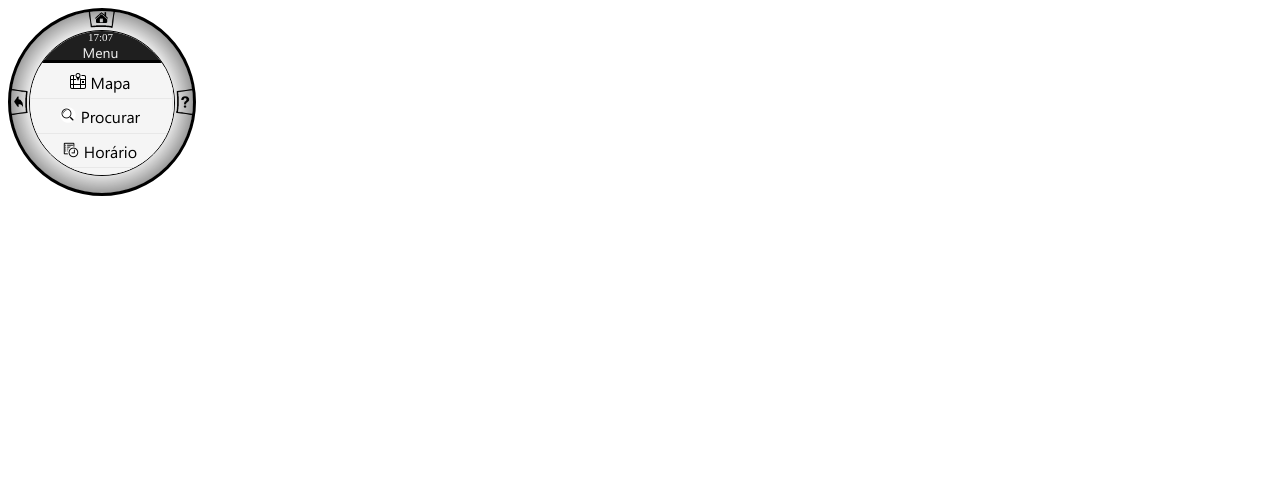
Repository: ric20007/ric20007.github.io
Page: iRave.html
The author's editor kept a record of every edit. The page is drawn from the files as they stood at one moment, then again after the next edit.
The browser window is 1280 px wide. The pictures show the whole page.

Above is the page before.

### iRave.html
<!DOCTYPE html>
<html>
    <head>
        <title>IPM14/15 - iRAVE grupo 56</title>
        <meta charset="UTF-8">
        <link rel="stylesheet" href="iRave.css" type="text/css" />
        <!--<script src="jquery-1.11.2.js" ></script> -->
        <!--<script src="//code.jquery.com/jquery-1.11.2.min.js"></script> -->
        <script src="jquery.min.js"></script>
        <script src="jquery-migrate-1.2.1.min.js"></script>
        <script src="jquery-ui.js"></script>



        <script src='swipe.js'></script>

        <script src='iRave.js'></script>

    </head>
    <body>
         <!--
        <div style='text-align:center;padding-top:20px;'>

            <button onclick='prev()'>prev</button>
            <button onclick='next()'>next</button>

        </div>


       <a href="#" id="activities">Activities</a>
       <a href="#"  onclick="mySwipe.next();return false;" >Esconder Fotos</a> -->



        <div id='botoes'>

            <div id='moldura'>


                <div id='barra_horas'>
                    <div id='horas'>
                        <div id='display_horas'></div>
                    </div>


                    <div id='titulo_menu' style='font-size: 14px'>
                        Menu
                    </div>


                </div>

                <div id='body'>

                    <div id='slider' style='max-width:500px;margin:0 auto' class='swipe'>
                    <div class='swipe-wrap'>


                        <div id='menu' class="draggable ui-widget-content">

                            <div class='menu_entrada' style='padding-top: 12px'>
                                <img src="img/map-2.png" class="imgEntrada">
                                Mapa
                            </div>
                            <div class='menu_entrada'>
                                <img src="img/active-search.png" class="imgEntrada" >
                                Procurar
                            </div>

                            <div class='menu_entrada'>
                                <img src="img/Agenda.png" class="imgEntrada">
                                Horário
                            </div>

                            <a href="#"  onclick="next();return false;" >
                            <div class='menu_entrada'>

                                <img src="img/user1.png" class="imgEntrada">
                                 Perfil
                            </div> </a>

                            <div class='menu_entrada'>
                                <img src="img/hands-free.png" class="imgEntrada">
                                Mãos Livres
                            </div>
                        </div>


                        <div id='menu' class="draggable ui-widget-content">

                            <a href="#"  onclick=goToSix();return false;" >
                                <div class='perfil_entrada' style='padding-top: 12px'>
                                    <img src="img/multy-user.png" class="imgEntrada" align="center" >
                                    Lista de Amigos
                                </div>
                             </a>

                            <a href="#"  onclick="next();return false;" >
                                <div class='perfil_entrada'>
                                    <img src="img/add-user.png" class="imgEntrada" align="center" >
                                    Adicionar Amigo
                                </div>
                            </a>

                            <div class='perfil_entrada'>
                                <img src="img/Agenda.png" class="imgEntrada" align="center">
                                Histórico de Transações
                            </div>


                            <div class='perfil_entrada'>

                                <img src="img/euro_1.png" class="imgEntrada" align="center">
                                 Adicionar Saldo
                            </div>

                        </div>


                        <div class='text_add_amigos'>
                                Toque no iRave na mão do seu amigo.
                          </div>

                        <div class='joao_add_amigos'>
                                João detectado.
                                <p>Quer adicioná-lo ?</p>

                                <a href="#"  onclick="adicionarJoao();next();return false;" >

                                    <img src="img/check.png" class="imgEntrada">
                                     Sim
                                </a>


                                <a href="#"  onclick="prev();return false;" >

                                    <img src="img/cross.png" class="imgEntrada">
                                     Não
                                </a>
                          </div>


                          <div class='joao_add_amigos'>
                                O João foi adicionado com sucesso.
                               <p></p>
                                <a href="#"  onclick=" mySwipe.slide(1, 300);return false;" >

                                    <img src="img/user1.png" class="imgEntrada">
                                     OK
                                </a>


                          </div>






                        <div>

                            <div id='lista_joao'> </div>


                            <div class='joao_add_amigos' style="left:-5px;position: relative;  bottom: 0; ">
                                Adicionar amigos ?
                                <a href="#"  onclick=" goToSlide(2);return false;" >

                                    <img src="img/user1.png" class="imgEntrada">
                                     OK
                                </a>


                            </div>



                        </div>

                        <div><b>5</b></div>
                        <div><b>6</b></div>
                        <div><b>7</b></div>

                      </div>
                    </div>





                </div>

            </div>

        </div>
    </body>
</html>

### iRave.css
.swipe {
  overflow: hidden;
  visibility: hidden;
  position: relative;
}
.swipe-wrap {
  overflow: hidden;
  position: relative;
}
.swipe-wrap > div {
  float:left;
  width:100%;
  position: relative;
}

.imgEntrada
{
	height:16px;
	width:16px;
}

.imgTitulo
{
	height:16px;
	width:16px;
	text-align: center;
	margin-top: -5px;
}


* {
    cursor: url(cursor.png), auto;
}

a {
    color: #000000;
    text-decoration: none;
}

#botoes {
    z-index:998;
    height: 1.9in;
    width: 1.9in;
    border: 3px solid black;
    border-radius: 50%;
    position: absolute;


    background-image: url("background_test.png");

    background-size: 1.9in 1.9in;
     /*
         top: 50%;
    left: 50%;
      background-color: #f5f5f5;
      background-repeat: no-repeat;
    background-position: middle top;


    */
}


/* centrar

 position: fixed;
    //padding: 2em;
    left: 50%;
    top: 50%;
    transform: translate(-50%, -50%);

*/


#bot_back {

    height: 50px;
    width: 25px;
    background-color:#d70;

    position: fixed;
    //padding: 2em;
    //left: 50%;
    top: 50%;
    transform: translate(0%, -50%);

    z-index:1000;

}
#bot_ajuda {

    height: 25px;
    width: 40px;
    background-color:#d70;

    position: fixed;
    //padding: 2em;
    left:50%;
    top: 50%;
    transform: translate(-50%, -400%);

    z-index:1000;

}
#bot_menu {

    height: 50px;
    width: 25px;
    background-color:#d70;

    position: fixed;
    //padding: 2em;
    left:50%;
    top: 50%;
    transform: translate(300%, -50%);

    z-index:1000;

}







#moldura {
    z-index:999;
    height:1.5in;
    width:1.5in;
    border: 1px solid black;
    border-radius: 50%;
    position: relative;
    top: 10.15%;
    left: 10.12%;
    overflow: hidden;
    background-color: #f5f5f5;
}

#barra_horas {
    z-index:998;
    border: 3px solid black;
    //width:1.5in;
    height:0.307in;
    position: relative;
    top:-3px;
    left:-2px;
    background-color: #1f1f1f;
    color: black;
}

#horas {
    position: relative;
    text-align: center;
    font-size:11px;
    color:#f5f5f5;
}

#titulo_menu {
  padding-top:2px;
    text-align: center;
    font-size:13px;
    font-family: 'khmerui';
    color:#f5f5f5;
}


#menu {
    margin-top: -5px;
    width: 1.6in;
    height: 10in;
}

#body {
    background-color: #f5f5f5;
}

.menu_entrada {
    text-align: center;
    border: 1px solid #e8e8e8;
    border-top: none;
    border-left: none;
    border-right: none;
    position: relative;
    width: 1.35in;
    height: 0.18in;
    padding: 8px;
    left: -3px;
    font-family: 'khmerui';
}

.perfil_entrada {
    text-align: center;
    border: 1px solid #e8e8e8;
    border-top: none;
    border-left: none;
    border-right: none;
    position: relative;
    width: 1.35in;
    height: 0.18in;
    padding: 8px;
    left: -3px;
    font-family: 'khmerui';

    font-size: 11px;

}


.highlighted {

    font-size: 14px;
    font-weight: bold;
    border-left: none;
    border-right: none;
    background-color:#ccc;
}

.text_add_amigos{
     text-align: center;

     font-size:15px;

      border-top: 1px solid #e8e8e8;
    border-left: 1px solid #e8e8e8;
    font-family: 'khmerui';

     padding-top:1.3em;


}




.joao_add_amigos{
     text-align: center;

     font-size:15px;

      border-top: 1px solid #e8e8e8;
    border-left: 1px solid #e8e8e8;
    font-family: 'khmerui';

     padding-top:0.5em;


}





#menu ul {
    font-size: 15px;
}

#menu ul li {
    border: 1px solid black;
    border-left: 10px;
    font-size: 15px;
}

@font-face {
  font-family: 'khmerui';
  src: url('KhmerUI.ttf') format('truetype');
}

### iRave.js
var isDragging = false;

$(document).ready(function() {

   var elem = document.getElementById('slider');
    window.mySwipe = new Swipe(elem, {});

    //$("#activities").click(function(){
    //    $("#body").load("activities.html");
    //    $('div img').draggable();
    //});


   //ajuda a nao clicar quando se faz drag
   $('.draggable').draggable({
        stop: function(event, ui) {
            $( event.toElement ).one('click', function(e){ e.stopImmediatePropagation(); } );
        }
    });

    $('.menu_entrada').click(function() {
        $(this).addClass('highlighted');
        setTimeout(function() {
              $('.menu_entrada').removeClass('highlighted');
          }, 200);
    });

    $('.perfil_entrada').click(function() {
        $(this).addClass('highlighted');

        setTimeout(function() {
              $('.perfil_entrada').removeClass('highlighted');
          }, 200);
    });

    $('.joao_add_amigos').click(function() {
        $(this).addClass('highlighted');

        setTimeout(function() {
              $('.joao_add_amigos').removeClass('highlighted');
          }, 200);
    });





    var menu_offset = $('#menu').offset();


    var altura_entrada_menu = $(".menu_entrada").height();

    //alert(altura_entrada_menu);

                                         //so funciona num ecra
    var menu_offset_top1 = menu_offset.top - (5.65 * altura_entrada_menu);

    var menu_offset_top2 = menu_offset.top;

    $('.draggable').draggable({axis: "y", containment: [0, menu_offset_top1, 0, menu_offset_top2]});

//funcao que mostra o tempo

    function checkTime(i) {
        return (i < 10) ? "0" + i : i;
    }

    function startTime() {
        var today = new Date(),
            h = checkTime(today.getHours()),
            m = checkTime(today.getMinutes()),
            s = checkTime(today.getSeconds());
        document.getElementById('horas').innerHTML = h + ":" + m;
        var t = setTimeout(function () {
            startTime();
        }, 500);
    }
    startTime();



});



var nome = ["Menu", "<img src='img/user1.png' class='imgTitulo' align='center'> Perfil",
            "<img src='img/add-user.png' class='imgEntrada' align='center' > Add. Amigos",
            "<img src='img/add-user.png' class='imgEntrada' align='center' > Add. Amigos",
            "<img src='img/add-user.png' class='imgEntrada' align='center' > Add. Amigos",
            "<img src='img/multy-user.png' class='imgEntrada' align='center' > Lista Amigos"];

var current_i = 0;
var previous_i = 0;

var joao_added = 0;
function mudarNome(i) {
        $("#titulo_menu").html(nome[i]);
}

function prev() {
    if (previous_i == -1){

        current_i = 1;
        mudarNome(current_i);
        mySwipe.slide(current_i, 300);

        previous_i = 0;
    }


    else if(current_i !== 0){
        current_i = current_i -1;
        mudarNome(current_i);
    mySwipe.prev();
    }

}

function next() {
    //if(!wasDragging){
       if(current_i < nome.length -1) {
           current_i = current_i +1;
           mudarNome(current_i);
         mySwipe.next();
       }
    //}
}

function goToSlide(i) {
    if(i >= 0 && i < nome.length -1 ){
        current_i = i;
         mudarNome(current_i);
    mySwipe.slide(i, 300);
    }

}

function goToSix() {
    current_i = 5;
    mudarNome(current_i);
    mySwipe.slide(current_i, 300);
    previous_i = -1;

    if (joao_added === 1)
        $("#lista_joao").html("<p style=\"text-align:center\" >João" );
    else
        $("#lista_joao").html("<p style=\"text-align:center\" >Não tem amigos" );



}


function adicionarJoao() {
    joao_added = 1;

}

function removerJoao() {
    joao_added = 0;

}




$(document).keydown(function(e){
    switch(e.keyCode) {
        case 40:
            break;
        case 38:
            goToSlide(0);
            break;
        case 39:
            next();
            break;
        case 37:
            prev();
            break;
    }
});

Loaded but not shown: jquery.min.js (library); jquery-migrate-1.2.1.min.js (library); jquery-ui.js (library); swipe.js (570 lines, source omitted)

After the next edit:
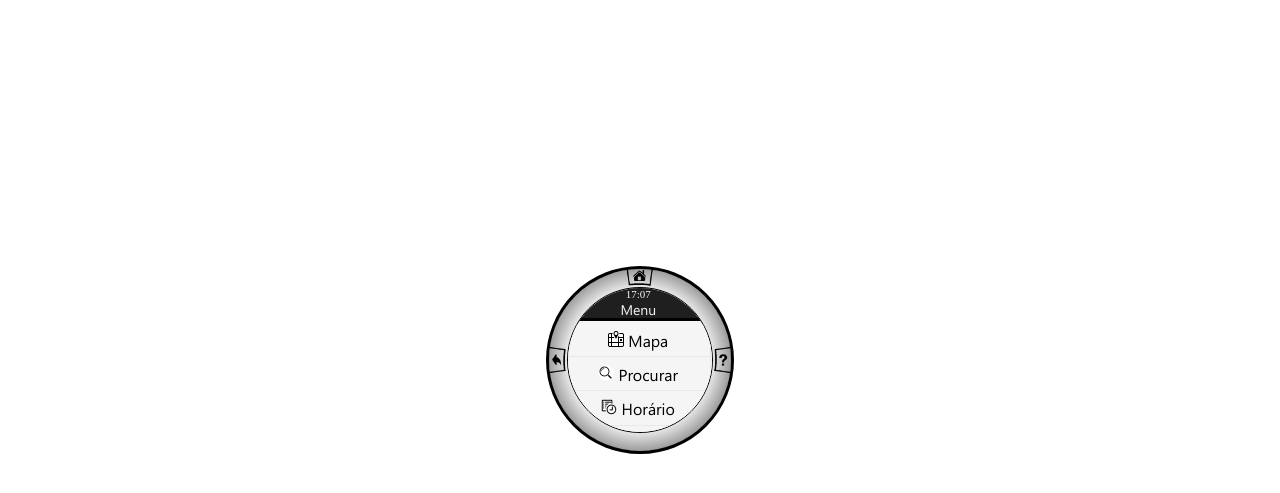
The edit:
--- a/iRave.css
+++ b/iRave.css
@@ -46,6 +46,15 @@
     position: absolute;
 
 
+    top:0;
+    bottom: 0;
+    left: 0;
+    right: 0;
+
+    margin: auto;
+
+
+
     background-image: url("background_test.png");
 
     background-size: 1.9in 1.9in;
